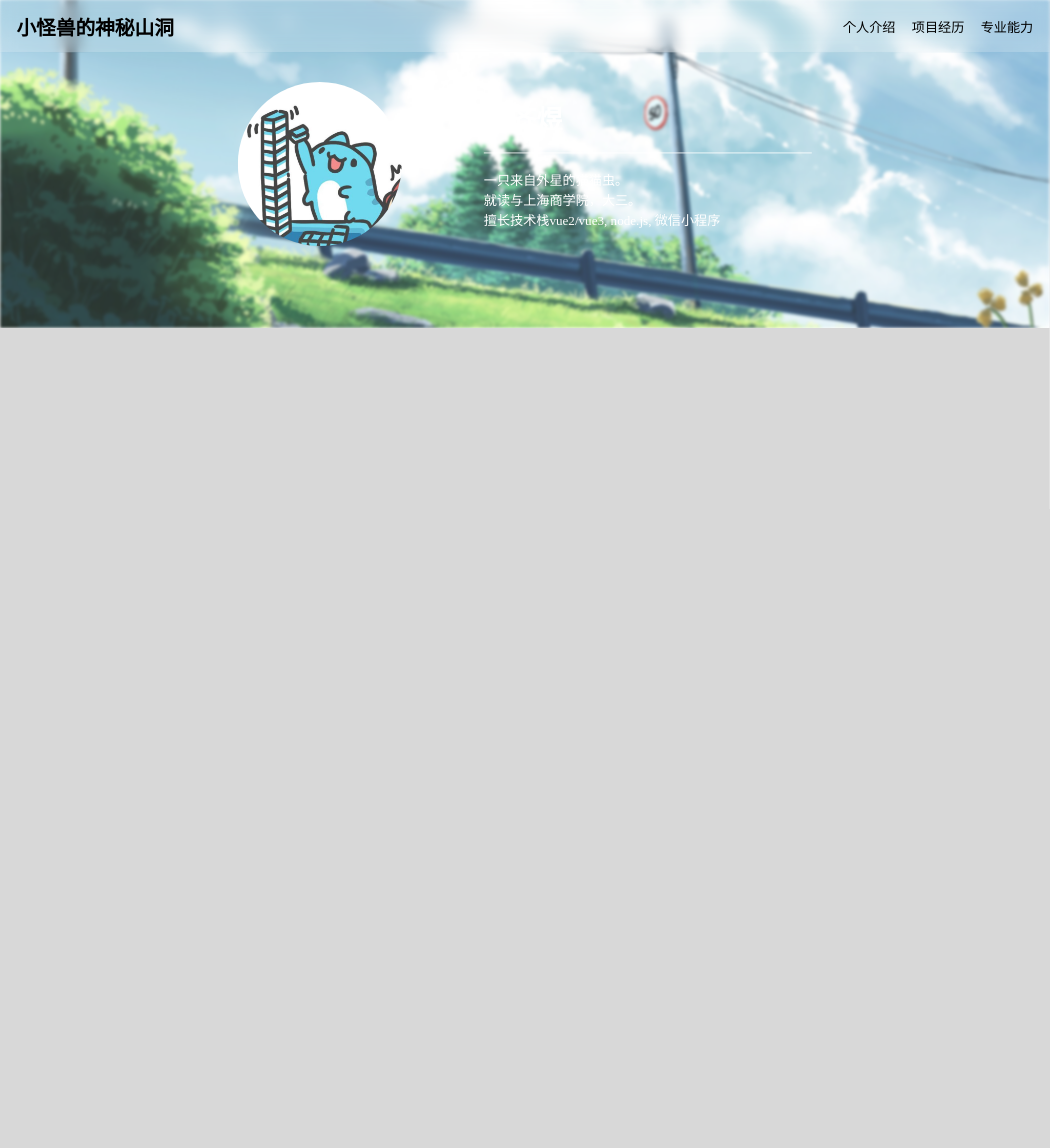
Repository: TheBiggestFatCat/myblog-frontend
Page: /
The author's editor kept a copy of each file at every save. The page is drawn from the files as they stood at one save, then again after the next save.
The browser window is 1280 px wide. The pictures show the whole page, at 82% of full size.
The project was rebuilt for these pictures with package versions that can differ from the ones it lists, and the page was loaded fresh each time. Also part of the build but not shown: vite.config.ts.

Above is the page before, as saved 2023-02-26 10:06:59.

After the next save:
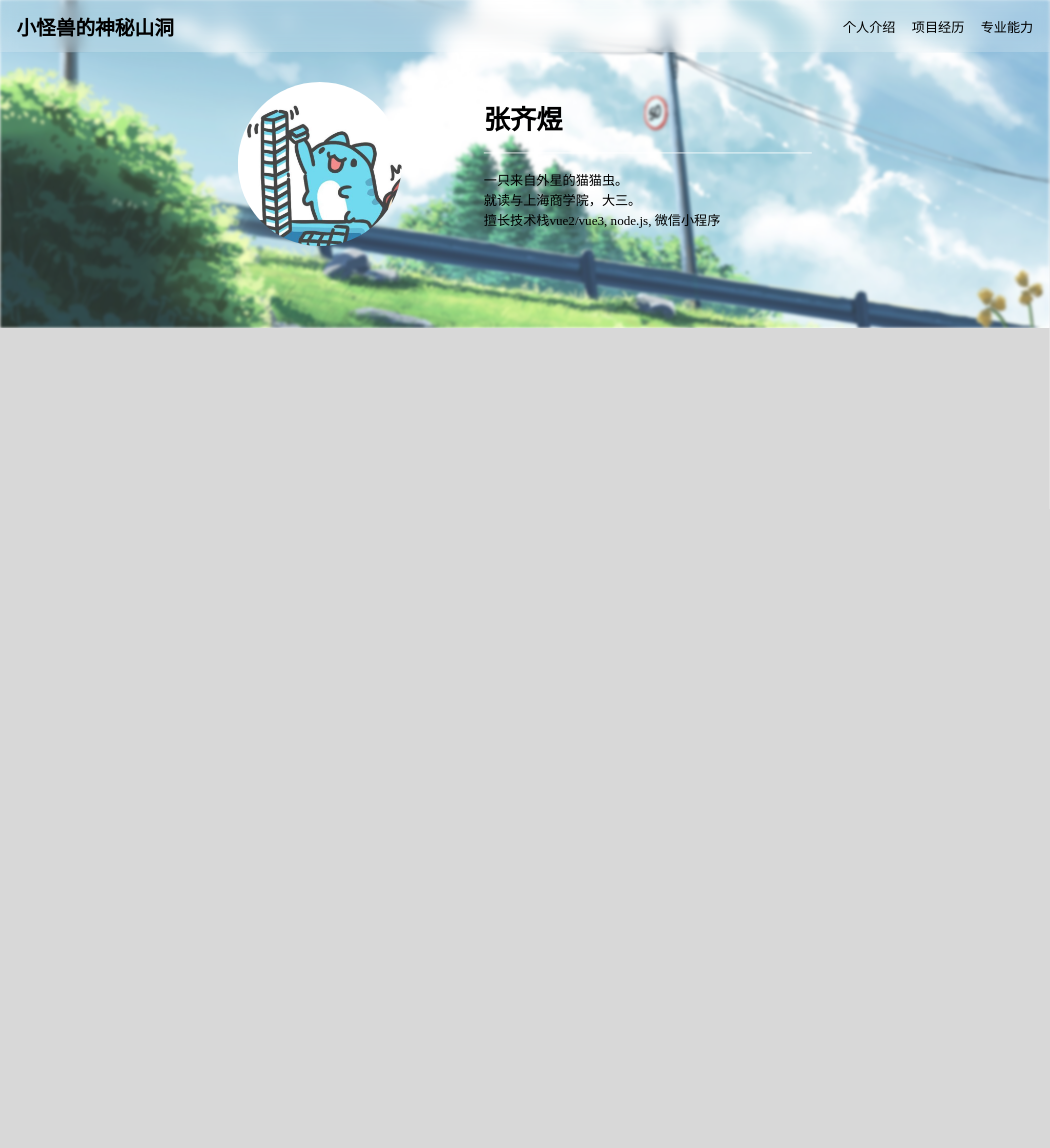
Saved 9 s later.
--- a/src/components/Home/Home.vue
+++ b/src/components/Home/Home.vue
@@ -50,7 +50,6 @@ const introduction = [
   .avatar-right {
     width: 400px;
     height: 160px;
-    color: #fff;
     h2 {
       font-size: 32px;
     }
